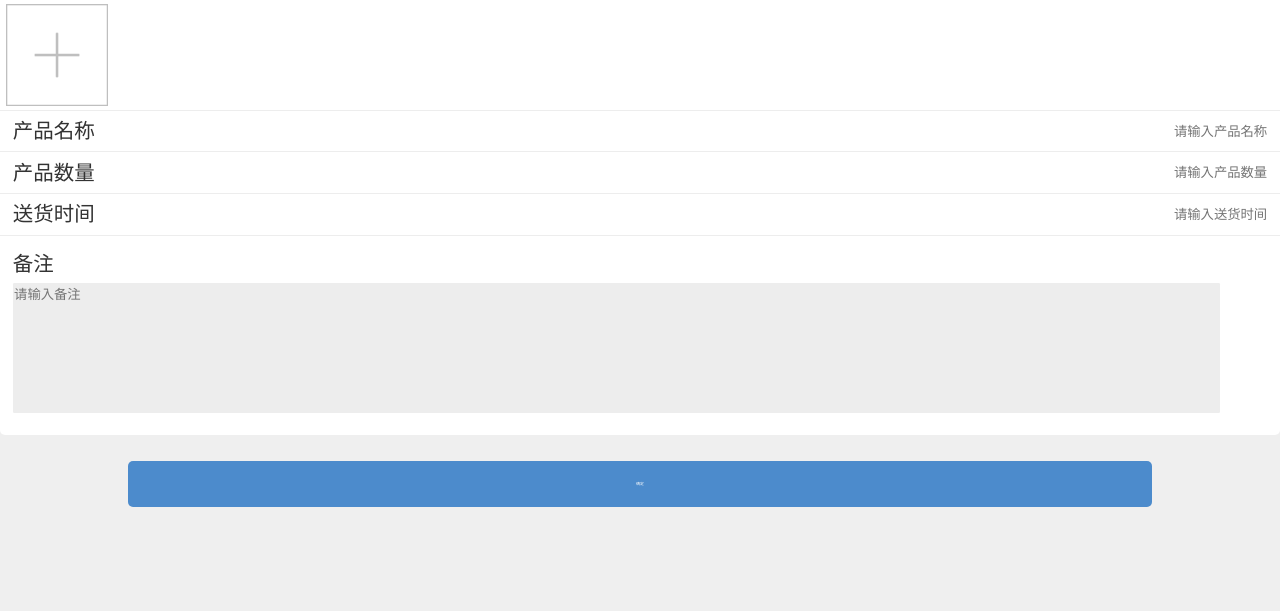
Repository: missing-star/produce
Page: Cbuyer.html
These files come from the project's save history. The page is drawn as it stood at one moment and after the next save; the edit follows.
The browser window is 1280 px wide. The pictures show the whole page.

Above is the page before, as saved 2019-05-20 15:33:26.

### Cbuyer.html
<!DOCTYPE html>
<html lang="en">

<head>
    <meta charset="UTF-8">
    <meta content="width=device-width, initial-scale=1.0, maximum-scale=1.0, user-scalable=0;" name="viewport" />
    <meta http-equiv="X-UA-Compatible" content="ie=edge">
    <title>采购订单</title>
    <link rel="stylesheet" href="css/Cbuyer.css">
    <link rel="stylesheet" href="css/base.css">
    <link rel="stylesheet" href="css/weui.min.css">
    <link rel="stylesheet" href="css/jquery-weui.min.css">
</head>

<body>
    <div id="app">
        <div class="buyer">
            <div class="buyer_wrap">
                <img class="buyer_img" @click="uploadEvent" :src="avter==''?'img/upload.png':avter" alt="">
                <input type="file" @change="uploadImg($event)" id="order-img" hidden>
            </div>
            <ul class="buyer_uu">
                <li>
                    <span>产品名称</span>
                    <div class="box">
                        <input type="text" v-model="title" placeholder="请输入产品名称" id="hh">
                        <!-- <span>请输入产品名称</span> -->
                        <!-- <span class="next" @click="select"></span> -->
                        <!-- <img  src="img/xia.png" alt="" > -->
                        <!-- <select name="" id="">
                            <option>1</option>
                            <option>2</option>
                            <option>3</option>
                            <option>4</option>
                        </select> -->
                    </div>

                </li>
                <li>
                    <span>产品数量</span>
                    <div class="box">
                        <!-- <span>请输入产品数量</span> -->
                        <input type="text" placeholder="请输入产品数量" id="">
                        <!-- <img class="next" src="img/xia.png" alt=""> -->
                    </div>
                </li>
                <li>
                    <span>送货时间</span>
                    <div class="box">
                        <!-- <span>请输入产品数量</span> -->
                        <input @input="formatDate($event)" type="text" readonly placeholder="请输入送货时间" id="date-picker">
                        <!-- <img class="next" src="img/xia.png" alt=""> -->
                    </div>
                </li>
            </ul>
            <div class="buyer_text">
                <p>备注</p>
                <textarea placeholder="请输入备注" name="" id="" cols="30" rows="10"></textarea>
            </div>
        </div>

        <div class="edit_btn">确定</div>
    </div>
</body>

</html>
<script src="js/jquery.min.js"></script>
<script src="js/vue.js"></script>
<script src="js/weui.min.js"></script>
<script src="js/api.js"></script>
<script src="js/jquery.combo.select.js"></script>
<script src="js/Cbuyer.js"></script>

### css/Cbuyer.css
.buyer {
    width: 100%;
    background: rgba(255, 255, 255, 1);
    border-radius: 0px 0px 5px 5px;
}

.buyer_wrap {
    padding: 0.16rem 0 0.13rem 0.22rem;
    line-height: 0;
}

.buyer_img {
    width: 4rem;
    height: 4rem;
}

.buyer_uu li {
    font-size: 0.8rem;
    border-top: 1px solid #EDEDED;
    display: flex;
    align-items: center;
    justify-content: space-between;
    padding: 0.5rem;
    line-height: 0.4rem;
    color: #333333;
}

.box {
    display: flex;
    align-items: center;
    justify-content: flex-end;
}

.box>input {
    text-align: right;
    border: 0;
    outline: none;
    background: transparent;
    color: #868686;
}

.next {
    display: block;
    width: 0.3rem;
    height: 0.3rem;
    background: url(../img/xia.png)no-repeat;
    background-size: 100% 100%;
    line-height: 0.3rem;
}

.buyer_text {
    font-size: 0.8rem;
    color: #333333;
    padding: 0.5rem;
    border-top: 1px solid #EDEDED;
}

textarea {
    width: 96%;
    height: 5rem;
    background: rgba(237, 237, 237, 1);
    border-radius: 0.05rem;
    margin-top: 0.08rem;
    border: 0;
    resize: none;
    outline: none;
    padding: 0.03rem 0.05rem;
}

.edit_btn {
    width: 80%;
    height: 1.8rem;
    background: rgba(76, 139, 204, 1);
    border-radius: 5px;
    font-size: 0.15rem;
    color: rgba(255, 255, 255, 1);
    text-align: center;
    line-height: 1.8rem;
    margin: 1rem auto;
}

#Svalue {
    width: 0.3rem;
    height: 0.3rem;
    background: url(../img/xia.png)no-repeat;
    background-size: 100% 100%;
    /* color: transparent; */
}

### css/base.css
/* http://meyerweb.com/eric/tools/css/reset/
   v2.0 | 20110126
   License: none (public domain)
*/

html,
body,
div,
span,
applet,
object,
iframe,
h1,
h2,
h3,
h4,
h5,
h6,
p,
blockquote,
pre,
a,
abbr,
acronym,
address,
big,
cite,
code,
del,
dfn,
em,
img,
ins,
kbd,
q,
s,
samp,
small,
strike,
strong,
sub,
sup,
tt,
var,
b,
u,
i,
center,
dl,
dt,
dd,
ol,
ul,
li,
fieldset,
form,
label,
legend,
table,
caption,
tbody,
tfoot,
thead,
tr,
th,
td,
article,
aside,
canvas,
details,
embed,
figure,
figcaption,
footer,
header,
hgroup,
menu,
nav,
output,
ruby,
section,
summary,
time,
mark,
audio,
video {
    margin: 0;
    padding: 0;
    border: 0;
    font-size: 100%;
    font: inherit;
    vertical-align: baseline;
}

/* HTML5 display-role reset for older browsers */
article,
aside,
details,
figcaption,
figure,
footer,
header,
hgroup,
menu,
nav,
section {
    display: block;
}

body {
    line-height: 1;
}

ol,
ul {
    list-style: none;
}

blockquote,
q {
    quotes: none;
}

blockquote:before,
blockquote:after,
q:before,
q:after {
    content: '';
    content: none;
}

table {
    border-collapse: collapse;
    border-spacing: 0;
}


body,
html {
    font-size: calc(100vw / 3.75);
    background: #efefef;
    font-family: PingFangSC-Regular;
}


[v-cloak] {
    display: none;
}


hr {
    margin: 0;
    padding: 0;
}

/* .container {
    width: 90%;
    max-width: 1200px;
    margin: 0 auto;
} */

.toast-tips {
    width: 36%;
    background: #323232;
    color: #fff;
    font-size: 12px;
    position: fixed;
    padding: 8px 20px;
    border-radius: 5px;
    left: 32%;
    bottom: 50%;
    text-align: center;
    box-sizing: border-box;
    line-height: 1.5;
}

### js/api.js
var api = "http://caigou.pzhkj.cn"




function getUrlKey(name) {
    return decodeURIComponent((new RegExp('[?|&]' + name + '=' + '([^&;]+?)(&|#|;|$)').exec(location.href) || [, ""])[1].replace(/\+/g, '%20')) || null
}

// 信息提示框
function toast(msg) {
    var toastWrapper = '<div class="toast-tips">'+msg+'</div>';
    $('body').append(toastWrapper);
    setTimeout(function() {
        $('.toast-tips').fadeOut(1000);
        setTimeout(function(){
        $('.toast-tips').remove();
        }, 1000);
    }, 500);
}
// 混入过滤器
Vue.mixin({
    filters:{
        filterImg(url) {
            return api+url;
        }
    }
});

### js/Cbuyer.js
var xm = new Vue({
    el: "#app",
    data: {
        avter: '',
        title: '',
    },
    methods: {
        select() {
            alert(11)
            //  $(".next").find('select.Svalue').click();
            // document.getElementById('Svalue').click();
            document.getElementById("Svalue").click()
            // document.getElementById
            console.log(document.getElementById('Svalue'))
        },
        ddl_change() {
            this.title = $("#Svalue").val()
        },
        uploadEvent() {
            // 点击上传文件事件
            $('#order-img').click();
        },
        formatDate(e) {
            // 格式化日期
            var newDate = new Date(e.target.value);
            console.log(newDate.getFullYear(),newDate.getMonth()+1,newDate.getDate(),newDate.getHours(),newDate.getMinutes());
        },
        uploadImg(e) {
            var formData = new FormData();
            formData.append('file', e.target.files[0]);
            // 上传图片
            $.ajax({
                url: api + '/api/common/upload',
                type:'post',
                async: false,
                contentType: false,
                processData: false,
                data: formData,
                success: function (data) {

                },
                error: function () {
                    toast('服务器异常');
                }
            });
        },
        addOrder() {
            // 上传采购记录
            $.post(api + '/api/purchase/creOrder', {
                    product_name: this.title,
                    // 商品数量
                    qty: 1,
                    product_image: '',
                    delivery_at: ''
                }, function (data) {

                }, 'json')
                .fail(function (err) {
                    toast('服务器异常!');
                });
        }

    },
    created() {
        this.$nextTick(() => {
            console.log(777);
            $("#date-picker").datetimePicker();
        });
    }

});




$(function () {
    $('select').comboSelect();

    $('.show').on('click', function (e) {
        $('select').focus();
        e.preventDefault();
    });

    $('.show').on('click', function (e) {
        $('select').trigger('comboselect:close');
        e.preventDefault();
    });
});

Loaded but not shown: css/weui.min.css (library); css/jquery-weui.min.css (library); js/jquery.min.js (library); js/vue.js (library); js/weui.min.js (library); js/jquery.combo.select.js (library)

After the next save:
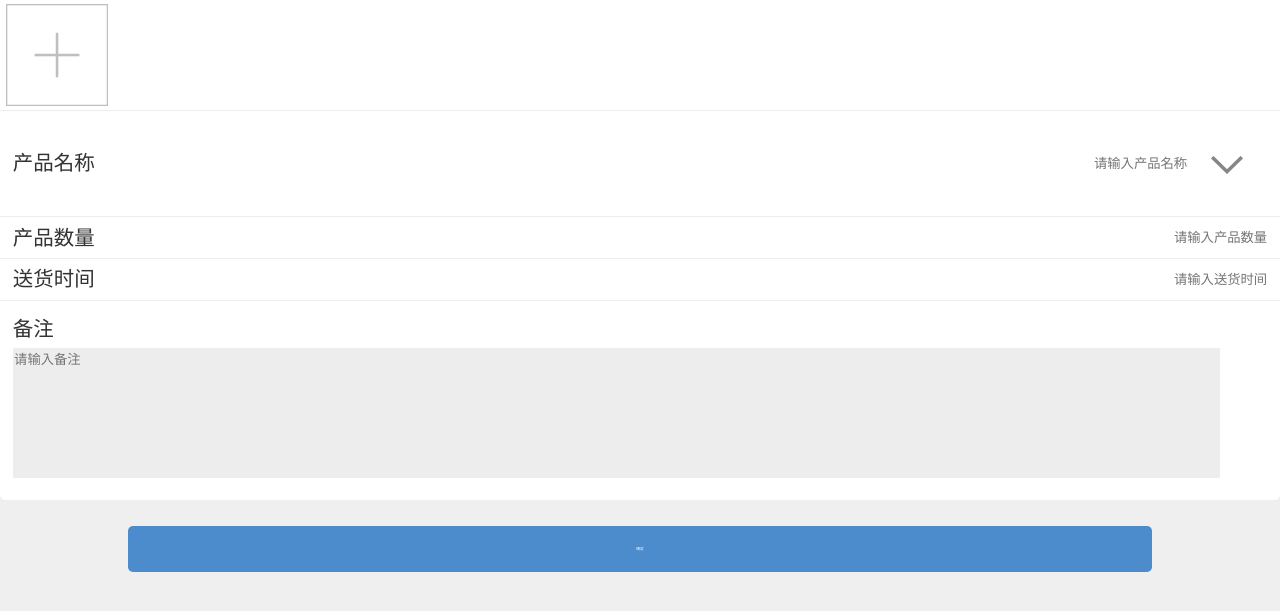
Saved 87 s later.
--- a/Cbuyer.html
+++ b/Cbuyer.html
@@ -26,7 +26,7 @@
                         <input type="text" v-model="title" placeholder="请输入产品名称" id="hh">
                         <!-- <span>请输入产品名称</span> -->
                         <!-- <span class="next" @click="select"></span> -->
-                        <!-- <img  src="img/xia.png" alt="" > -->
+                        <img  src="img/xia.png" alt="" >
                         <!-- <select name="" id="">
                             <option>1</option>
                             <option>2</option>
